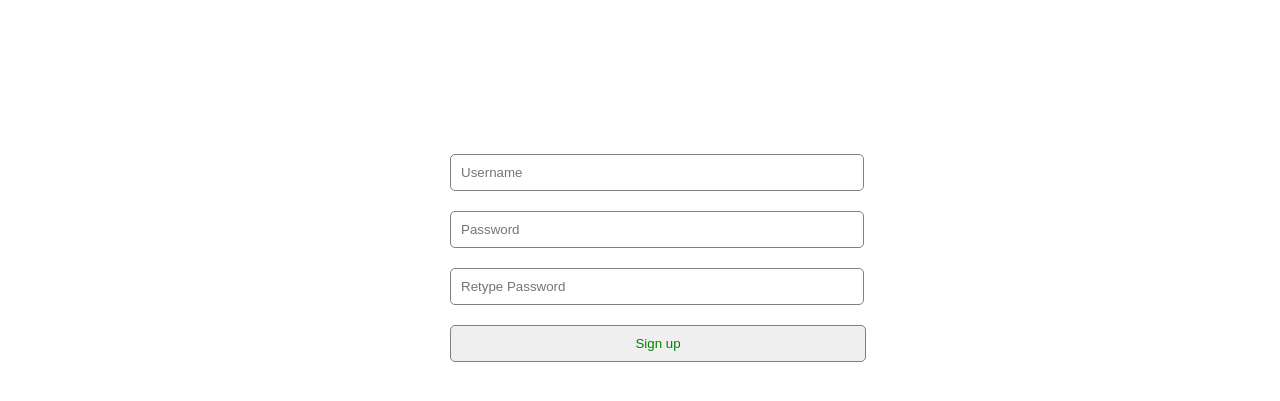
Repository: chathura226/SeekWork_Group_Project_I
Page: http://localhost/signup.php
An editor plug-in stored every save of this project. The page is shown before and after the next save, followed by the edit.
The browser window is 1280 px wide. The pictures show the whole page.
The page is run by PHP 8.4 with error messages shown; the project is at /var/www/html/.

Above is the page before, as saved 2023-12-05 20:41:36.
Console error: TypeError: Cannot read properties of null (reading 'addEventListener')

### chat/signup.php
<!DOCTYPE html>
<html>
    <head>
        <title>Chat</title>

    </head>
    <style type="text/css">

        @font-face {
            font-family: headFont;
            src: url(ui/fonts/Summer-Vibes-OTF.otf);
        }

        @font-face {
            font-family: myfont;
            src: url(ui/fonts/OpenSans-Regular.ttf);
        }


        #wrapper{

            max-width: 900px;
            min-height: 500px;
            display: flex;
            margin:auto;
            color:grey;
            font-family:myfont;
            font-size:13px;

        }

        form{
            margin:auto;
            padding:10px;
            width:100%;
            max-width: 400px;
        }

        input{
            padding:10px;
            margin:10px;
            width:98%;
            border-radius:5px;
            border:solid 1px grey;
        }

        input[type=submit]{
            width:104%;
            color:green;
        }


    </style>
    <body>
        <div id="wrapper">

            <form>
                <input type="text"  name="username" placeholder="Username"><br>
                <input type="password"  name="password" placeholder="Password"><br>
                <input type="password"  name="password2" placeholder="Retype Password"><br>
                <input type="submit"  value="Sign up"><br>
            </form>


        </div>
    </body>
</html>

<script type="text/javascript">

    function _(element){
        return document.getElementById(element);
    }



    var label = _("label_chat");

    label.addEventListener("click",function(){

        var inner_pannel = _("inner_left_pannel");

        var ajax = new XMLHttpRequest();

        ajax.onload = function(){

            if(ajax.status==200 || ajax.readyState==4){

                inner_pannel.innerHTML = ajax.responseText;


            }


        }

        ajax.open("POST","file.txt",true);
        ajax.send();


    });



</script>

After the next save:
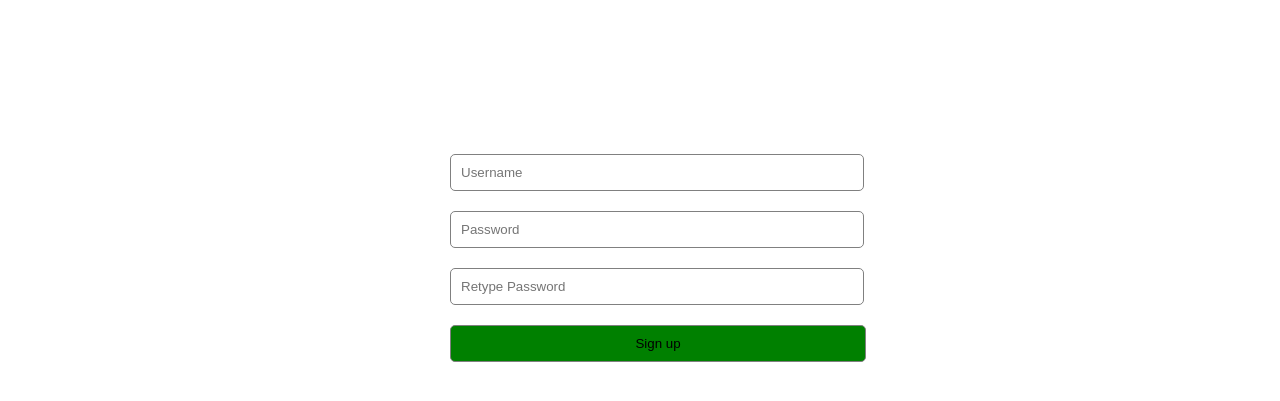
Saved 23 s later.
--- a/chat/signup.php
+++ b/chat/signup.php
@@ -46,7 +46,7 @@
 
         input[type=submit]{
             width:104%;
-            color:green;
+            background-color:green;
         }
 
 
